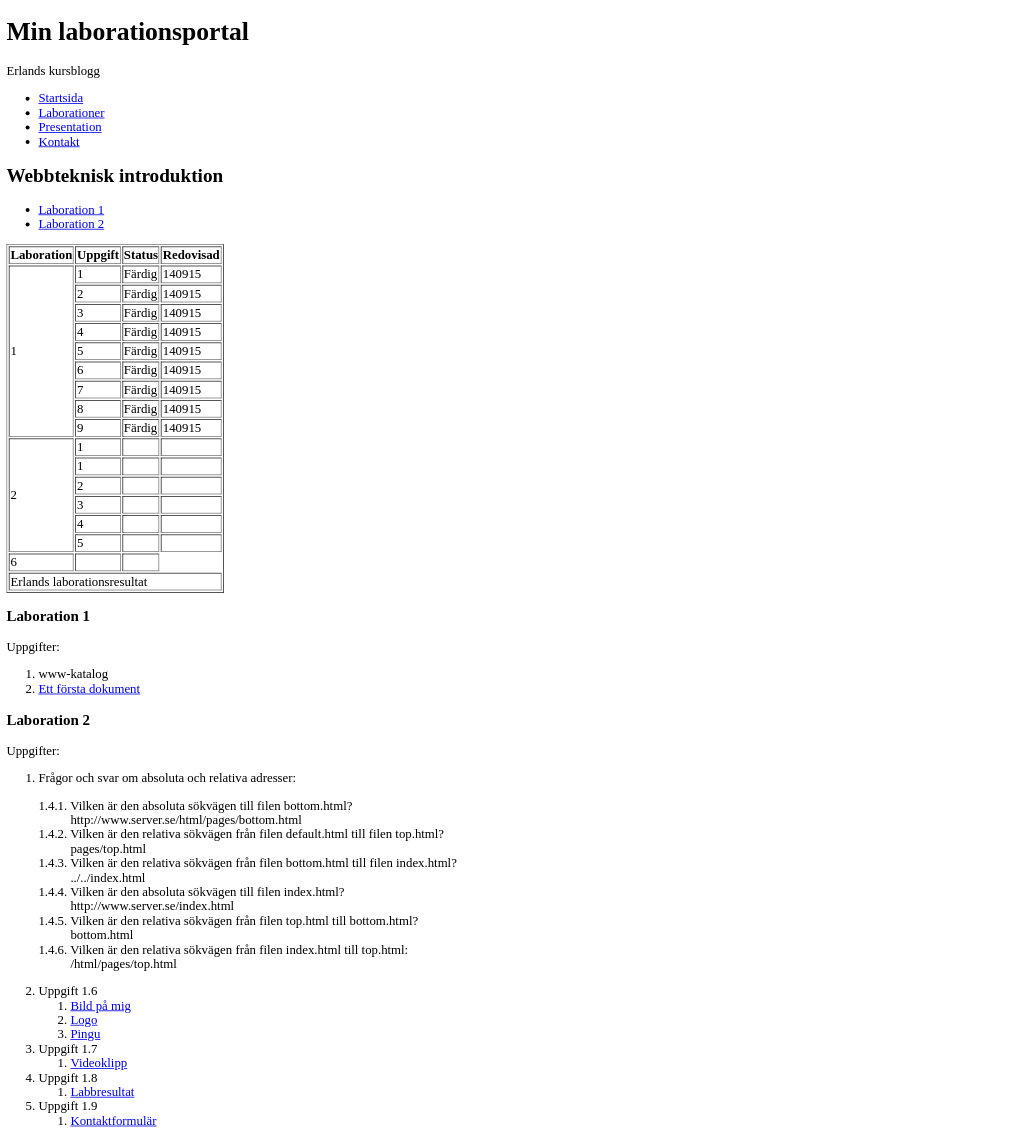
Repository: ej222ru/1IK415-laborationer
Page: pages/laborationer.html
The author's editor kept a record of every edit. The page is drawn from the files as they stood at one moment, then again after the next edit.
The browser window is 1280 px wide. The pictures show the whole page, at 80% of full size.

Above is the page before.

### pages/laborationer.html
<!doctype html>
<html lang="sv">
    <head>
        <meta charset="utf-8" />
        <title>Erlands kursblogg</title>
    </head>
    <body>
    <h1>Min laborationsportal</h1>

    <p>Erlands kursblogg</p>
        <ul>
            <li><a href="../index.html">Startsida</a></li>
            <li><a href="laborationer.html">Laborationer</a></li>
            <li><a href="presentation.html">Presentation</a></li>
            <li><a href="kontakt.html">Kontakt</a></li>
        </ul>
        <h2>Webbteknisk introduktion</h2>
        <ul>
            <li><a href="#Laboration1">Laboration 1</a></li>
            <li><a href="#Laboration2">Laboration 2</a></li>
        </ul>
        <table border=1 id="Labbresultat">
            <thead>
                <tr>
                   <th>Laboration</th>
                   <th>Uppgift</th>
                   <th>Status</th>
                   <th>Redovisad</th>
                </tr>
            </thead>
            <tfoot>
                <tr>
                    <td colspan=4>Erlands laborationsresultat</td>
                </tr>
            </tfoot>
            <tbody>
                <tr>
                    <td rowspan=9>1</td>
                    <td>1</td>
                    <td>Färdig</td>
                    <td>140915</td>
                </tr>
                <tr>
                    <td>2</td>
                    <td>Färdig</td>
                    <td>140915</td>
                </tr>
                <tr>
                    <td>3</td>
                    <td>Färdig</td>
                    <td>140915</td>
                </tr>
                <tr>
                    <td>4</td>
                    <td>Färdig</td>
                    <td>140915</td>
                </tr>
                <tr>
                    <td>5</td>
                    <td>Färdig</td>
                    <td>140915</td>
                </tr>
                <tr>
                    <td>6</td>
                    <td>Färdig</td>
                    <td>140915</td>
                </tr>
                <tr>
                    <td>7</td>
                    <td>Färdig</td>
                    <td>140915</td>
                </tr>
                <tr>
                    <td>8</td>
                    <td>Färdig</td>
                    <td>140915</td>
                </tr>
                <tr>
                    <td>9</td>
                    <td>Färdig</td>
                    <td>140915</td>
                </tr>
                <tr>
                    <td rowspan=6>2</td></td>
                    <td>1</td>
                    <td></td>
                    <td></td>
                </tr>
                <tr>
                    <td>1</td>
                    <td></td>
                    <td></td>
                </tr>
                <tr>
                    <td>2</td>
                    <td></td>
                    <td></td>
                </tr>
                <tr>
                    <td>3</td>
                    <td></td>
                    <td></td>
                </tr>
                <tr>
                    <td>4</td>
                    <td></td>
                    <td></td>
                </tr>
                <tr>
                    <td>5</td>
                    <td></td>
                    <td></td>
                </tr>
                <tr>
                    <td>6</td>
                    <td></td>
                    <td></td>
                </tr>
            </tbody>
        </table>
        <h3>Laboration 1 <a id="Laboration1"></a></h3>
        <p>Uppgifter:</p>
        <ol>
            <li>www-katalog</li>
            <li><a href="presentation.html">Ett första dokument</a></li>
        </ol>
        <h3>Laboration 2 <a id="Laboration2"></a></h3>
        <p>Uppgifter:</p>
        <ol>
            <li>Frågor och svar om absoluta och relativa adresser:
                <dl>
                <dt>1.4.1. Vilken är den absoluta sökvägen till filen bottom.html? </dt>
                <dd>http://www.server.se/html/pages/bottom.html</dd>
                <dt>1.4.2. Vilken är den relativa sökvägen från filen default.html till filen top.html? </dt>
                <dd>pages/top.html</dd>
                <dt>1.4.3. Vilken är den relativa sökvägen från filen bottom.html till filen index.html? </dt>
                <dd>../../index.html</dd>
                <dt>1.4.4. Vilken är den absoluta sökvägen till filen index.html? </dt>
                <dd>http://www.server.se/index.html</dd>
                <dt>1.4.5. Vilken är den relativa sökvägen från filen top.html till bottom.html? </dt>
                <dd>bottom.html</dd>
                <dt>1.4.6. Vilken är den relativa sökvägen från filen index.html till top.html:</dt>
                <dd>/html/pages/top.html</dd>
                </dl>
            </li>
            <li>Uppgift 1.6
                <ol>
                    <li><a href="presentation.html#BildMig">Bild på mig</a></li>
                    <li><a href="../pics/ErlandLogo.png">Logo</a></li>
                    <li><a href="../index.html#BildPingu">Pingu</a></li>
                </ol>
            </li>
            <li>Uppgift 1.7
                <ol>
                    <li><a href="../index.html#Videoklipp">Videoklipp</a>
                    </li>
                </ol>
            </li>
            <li>Uppgift 1.8
                <ol>
                    <li><a href="#Labbresultat">Labbresultat</a>
                    </li>
                </ol>
            </li>
            <li>Uppgift 1.9
                <ol>
                    <li><a href="../pages/kontakt.html#contact-form">Kontaktformulär</a>
                    </li>
                </ol>
            </li>
        </ol>
      </body>
</html>

After the next edit:
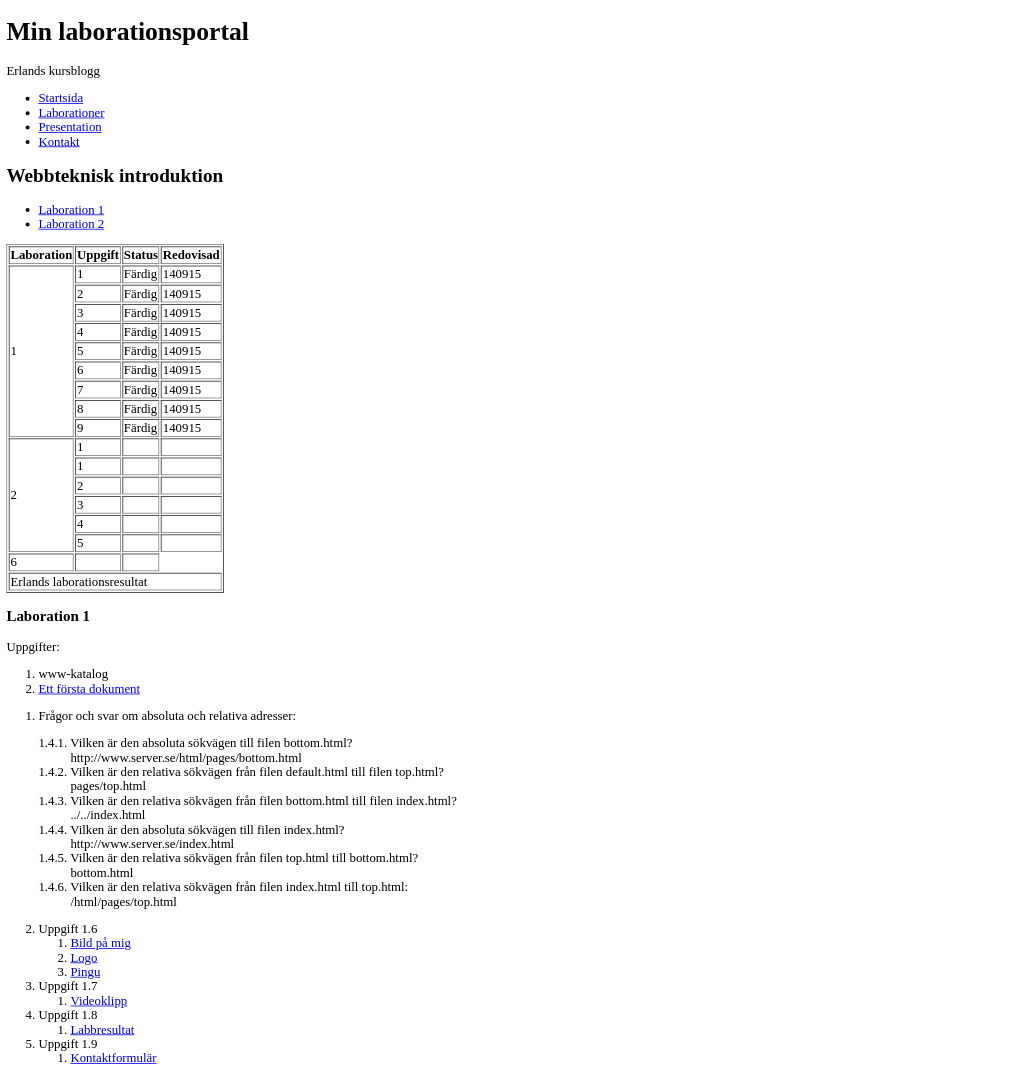
The edit:
--- a/pages/laborationer.html
+++ b/pages/laborationer.html
@@ -124,8 +124,7 @@
             <li>www-katalog</li>
             <li><a href="presentation.html">Ett första dokument</a></li>
         </ol>
-        <h3>Laboration 2 <a id="Laboration2"></a></h3>
-        <p>Uppgifter:</p>
+
         <ol>
             <li>Frågor och svar om absoluta och relativa adresser:
                 <dl>
